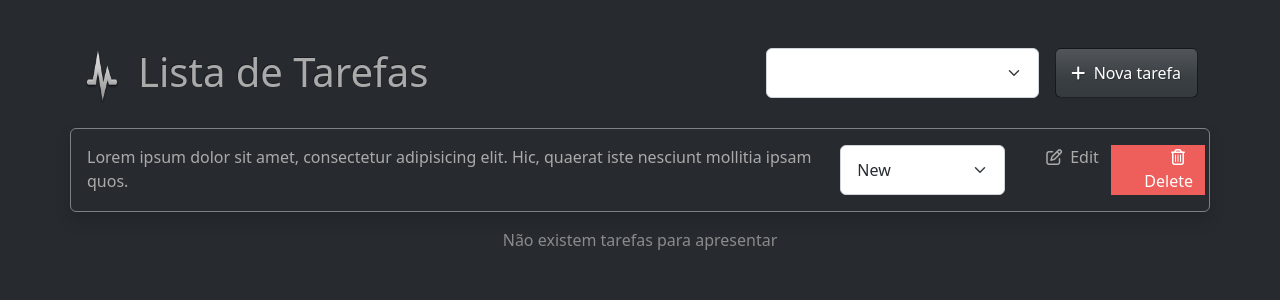
Repository: cargugati/lista_tarefas
Page: frontEnd/index.html
The author's editor kept a copy of each file at every save. The page is drawn from the files as they stood at one save, then again after the next save.
The browser window is 1280 px wide. The pictures show the whole page.

Above is the page before, as saved 2023-03-18 21:23:04.

After the next save:
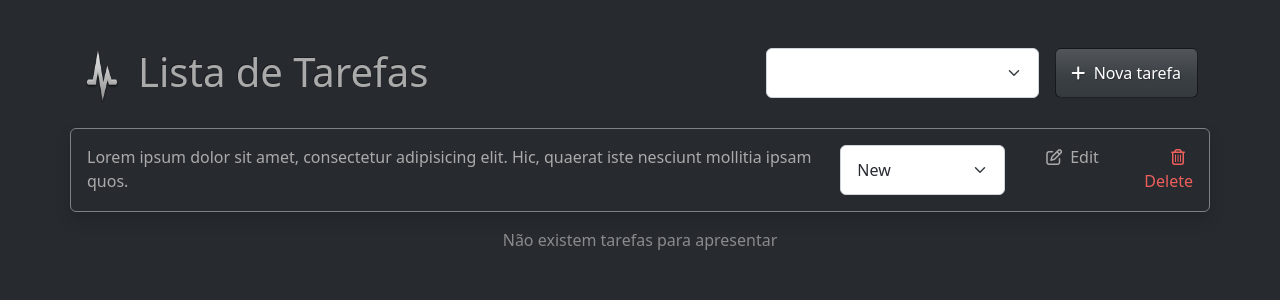
Saved 5 min 32 s later.
--- a/frontEnd/index.html
+++ b/frontEnd/index.html
@@ -48,7 +48,7 @@
             </select>
           </div>
           <div class="col-1 text-end"><i class="fa-regular fa-pen-to-square me-2"></i>Edit</div>
-          <div class="col-1 text-end text-bg-danger"><i class="fa-regular fa-trash-can me-2"></i>Delete</div>
+          <div class="col-1 text-end text-danger"><i class="fa-regular fa-trash-can me-2"></i>Delete</div>
         </div>
       </div>
     </div>
